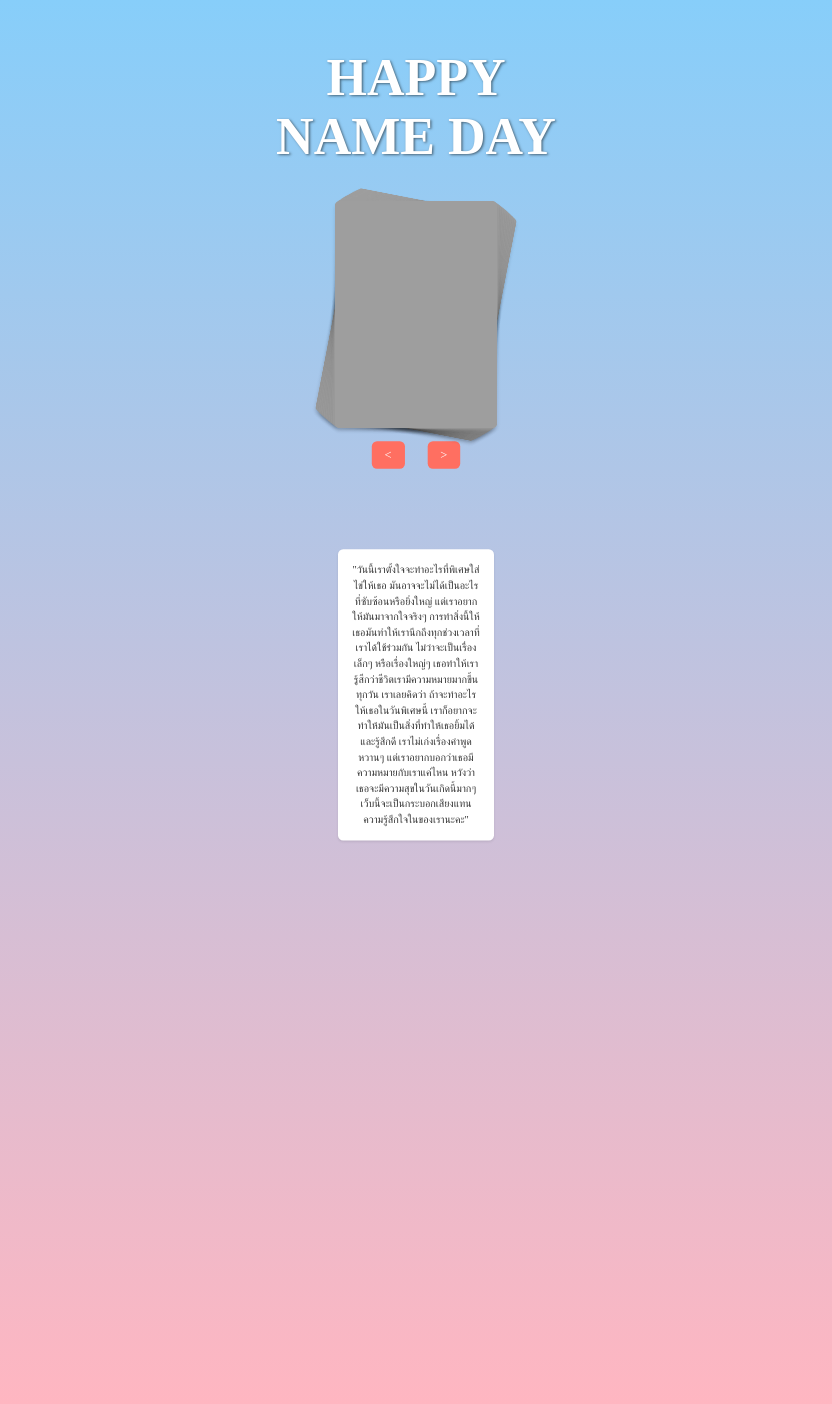
Repository: naps00/BIRTHDAY
Page: /details
The author's editor kept a copy of each file at every save. The page is drawn from the files as they stood at one save, then again after the next save.
The browser window is 1280 px wide. The pictures show the whole page, at 65% of full size.
Pictures or frames that could not be fetched are drawn as grey boxes. The project was rebuilt for these pictures with package versions that can differ from the ones it lists, and the page was loaded fresh each time.

Above is the page before, as saved 2024-12-12 19:59:48.

After the next save:
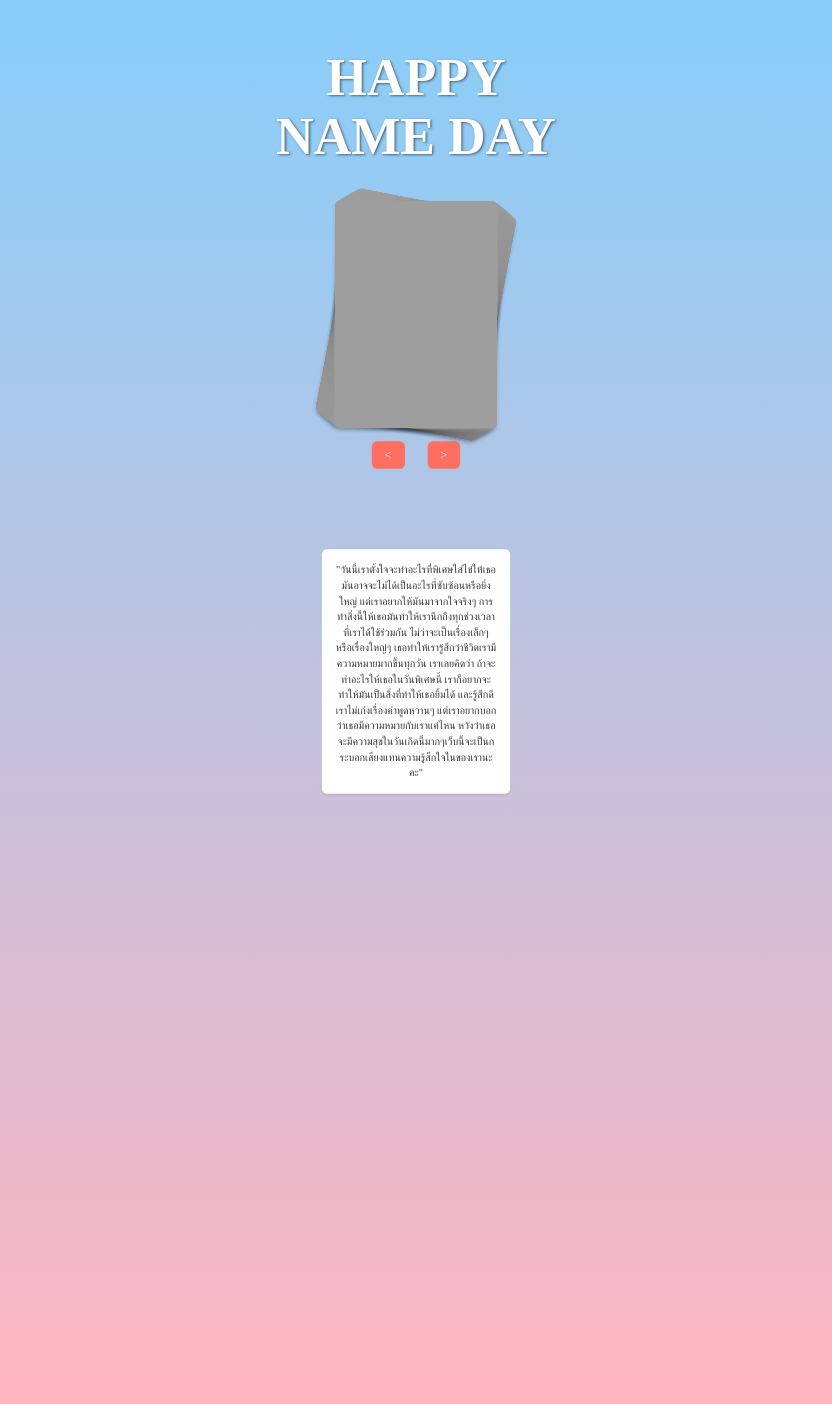
Saved 25 s later.
--- a/src/details.js
+++ b/src/details.js
@@ -83,7 +83,7 @@ function Details() {
         style={{
           margin: '10%',
           width: '100%',
-          maxWidth: '200px',
+          maxWidth: '250px',
           padding: '20px',
           borderRadius: '8px',
           backgroundColor: '#fff',
